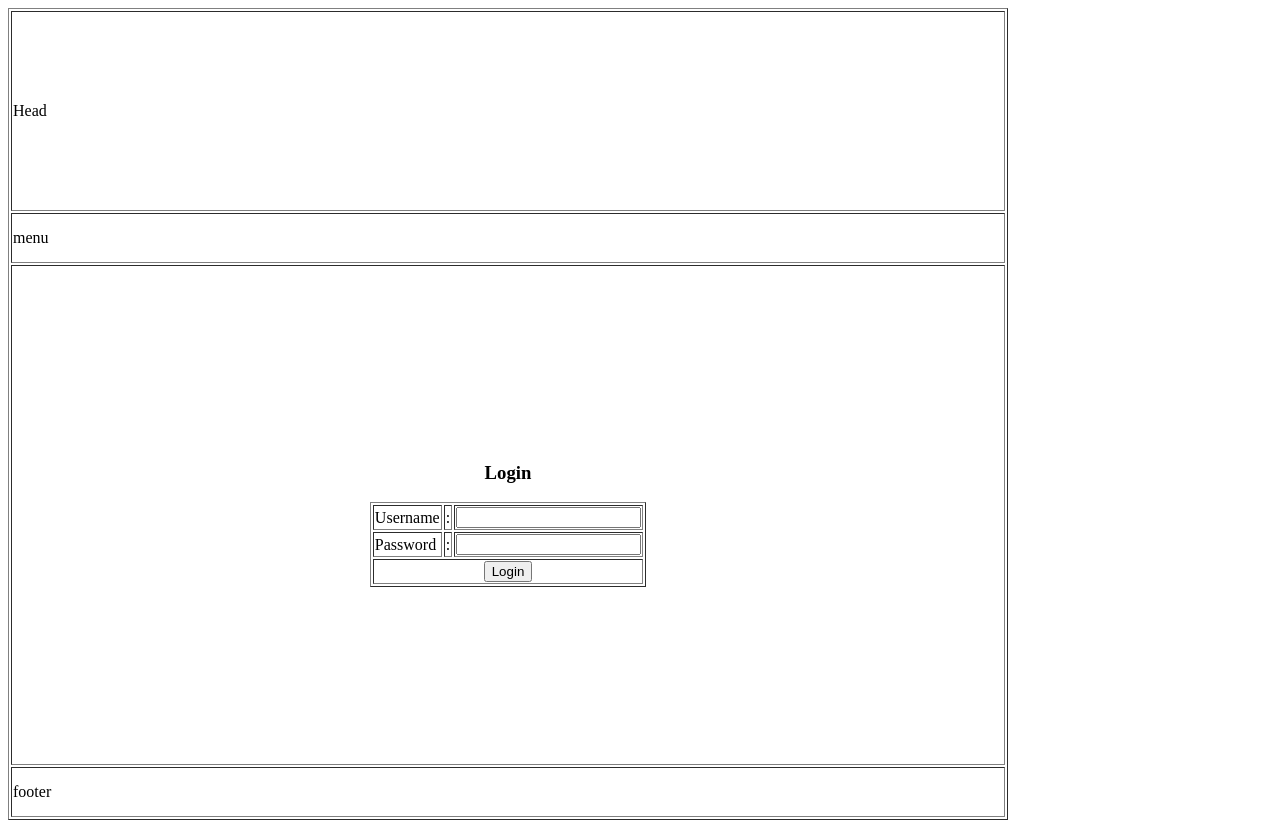
Repository: PraveenRavipati/MyWork
Page: Java/workspaces/office Java WorkScapces/works/javaTraining/WebContent/Login.html
These files come from the project's save history. The page is drawn as it stood at one moment and after the next save; the edit follows.
The browser window is 1280 px wide. The pictures show the whole page.

Above is the page before, as saved 2014-06-02 10:10:29.

After the next save:
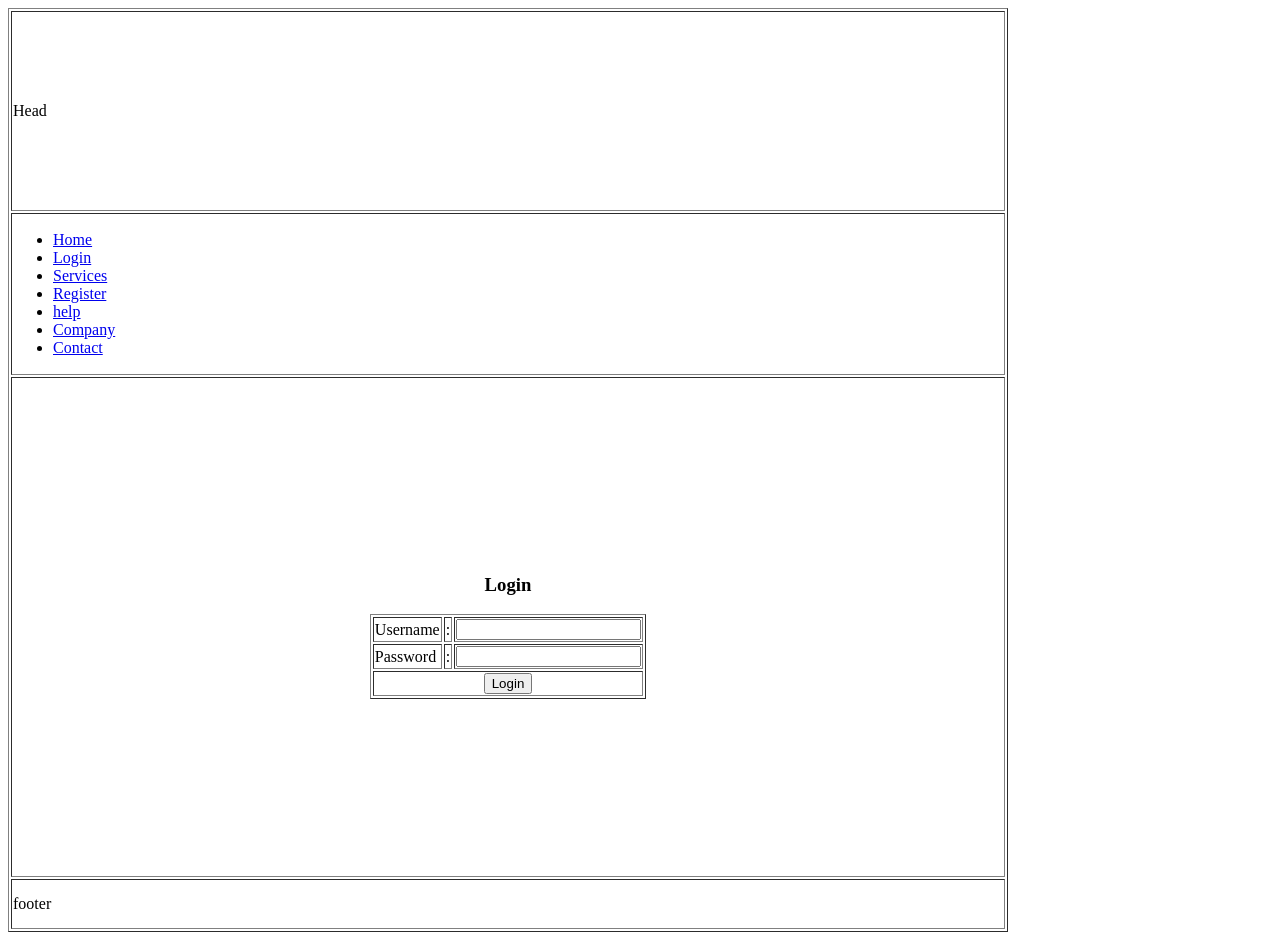
Saved 26 s later.
--- a/Java/workspaces/office Java WorkScapces/works/javaTraining/WebContent/Login.html
+++ b/Java/workspaces/office Java WorkScapces/works/javaTraining/WebContent/Login.html
@@ -10,7 +10,17 @@
 			<td>Head</td>
 		</tr>
 		<tr height="50">
-			<td>menu</td>
+			<td><div id="templatemo_menu">
+                <ul>
+                    <li><a href="home.html" class="current">Home</a></li>
+                    <li><a href="Login.html">Login</a></li>
+                    <li><a href="Services.html">Services</a></li>
+                    <li><a href="Register.html">Register</a></li>
+                    <li><a href="#">help</a></li>
+                    <li><a href="#">Company</a></li>
+                    <li><a href="Contactus.html" class="last">Contact</a></li>
+                </ul>
+            </div></td>
 		</tr>
 		<tr height="500">
 			<td><table align="center" border="1">
